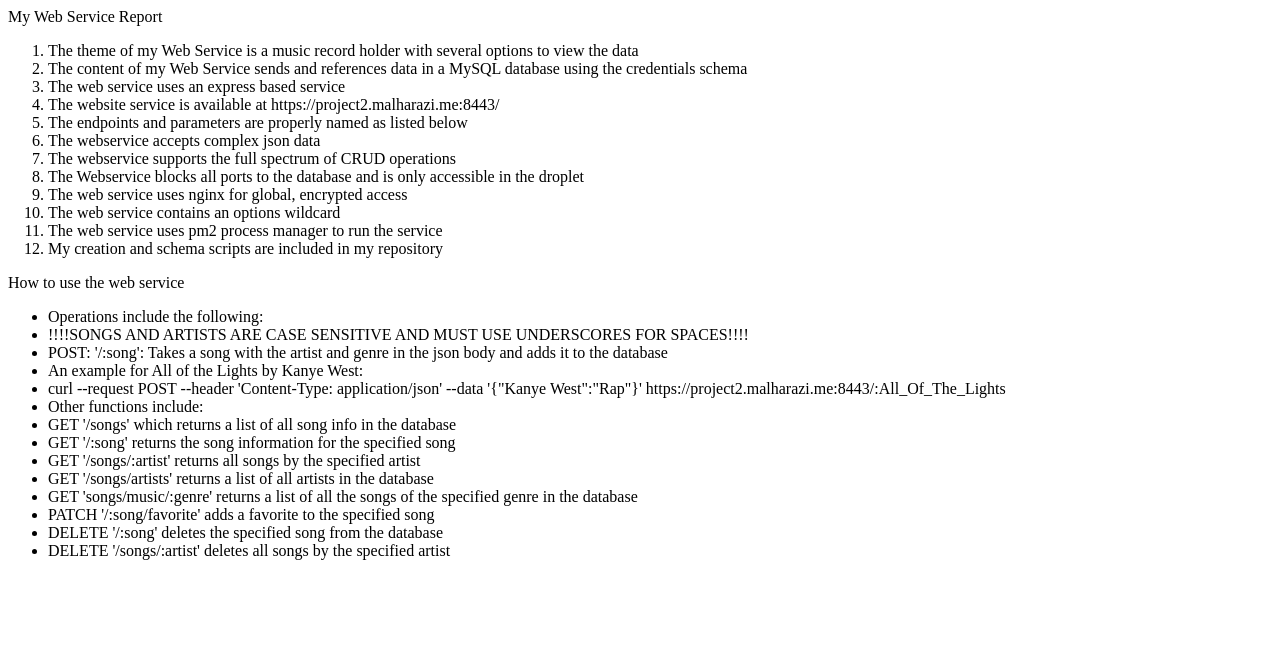
Repository: alharama/WebService
Page: report.html
An editor plug-in stored every save of this project. The page is shown before and after the next save, followed by the edit.
The browser window is 1280 px wide. The pictures show the whole page.

Above is the page before, as saved 2021-11-01 19:08:23.

After the next save:
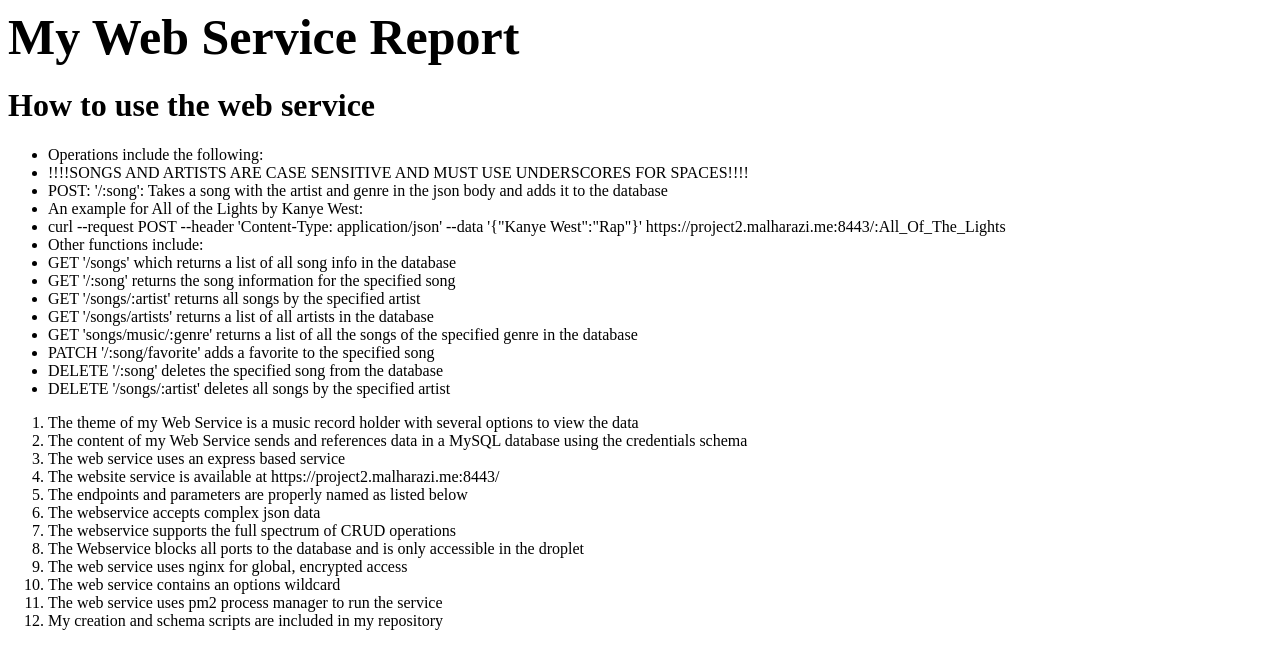
Saved 10 min 19 s later.
--- a/report.html
+++ b/report.html
@@ -2,37 +2,19 @@
 <html lang="en">
   <head>
     <title>Web Service Report</title>
+
+    <style>
+      header {
+        font-size: 50px;
+        font-weight: bold;
+      }
+    </style>
   </head>
 
   <body>
     <header>My Web Service Report</header>
-    <ol>
-      <li>
-        The theme of my Web Service is a music record holder with several
-        options to view the data
-      </li>
-      <li>
-        The content of my Web Service sends and references data in a MySQL
-        database using the credentials schema
-      </li>
-      <li>The web service uses an express based service</li>
-      <li>
-        The website service is available at https://project2.malharazi.me:8443/
-      </li>
-      <li>The endpoints and parameters are properly named as listed below</li>
-      <li>The webservice accepts complex json data</li>
-      <li>The webservice supports the full spectrum of CRUD operations</li>
-      <li>
-        The Webservice blocks all ports to the database and is only accessible
-        in the droplet
-      </li>
-      <li>The web service uses nginx for global, encrypted access</li>
-      <li>The web service contains an options wildcard</li>
-      <li>The web service uses pm2 process manager to run the service</li>
-      <li>My creation and schema scripts are included in my repository</li>
-    </ol>
 
-    How to use the web service
+    <h1>How to use the web service</h1>
     <ul>
       <li>Operations include the following:</li>
       <li>
@@ -66,5 +48,31 @@
       <li>DELETE '/:song' deletes the specified song from the database</li>
       <li>DELETE '/songs/:artist' deletes all songs by the specified artist</li>
     </ul>
+
+    <ol>
+      <li>
+        The theme of my Web Service is a music record holder with several
+        options to view the data
+      </li>
+      <li>
+        The content of my Web Service sends and references data in a MySQL
+        database using the credentials schema
+      </li>
+      <li>The web service uses an express based service</li>
+      <li>
+        The website service is available at https://project2.malharazi.me:8443/
+      </li>
+      <li>The endpoints and parameters are properly named as listed below</li>
+      <li>The webservice accepts complex json data</li>
+      <li>The webservice supports the full spectrum of CRUD operations</li>
+      <li>
+        The Webservice blocks all ports to the database and is only accessible
+        in the droplet
+      </li>
+      <li>The web service uses nginx for global, encrypted access</li>
+      <li>The web service contains an options wildcard</li>
+      <li>The web service uses pm2 process manager to run the service</li>
+      <li>My creation and schema scripts are included in my repository</li>
+    </ol>
   </body>
 </html>
